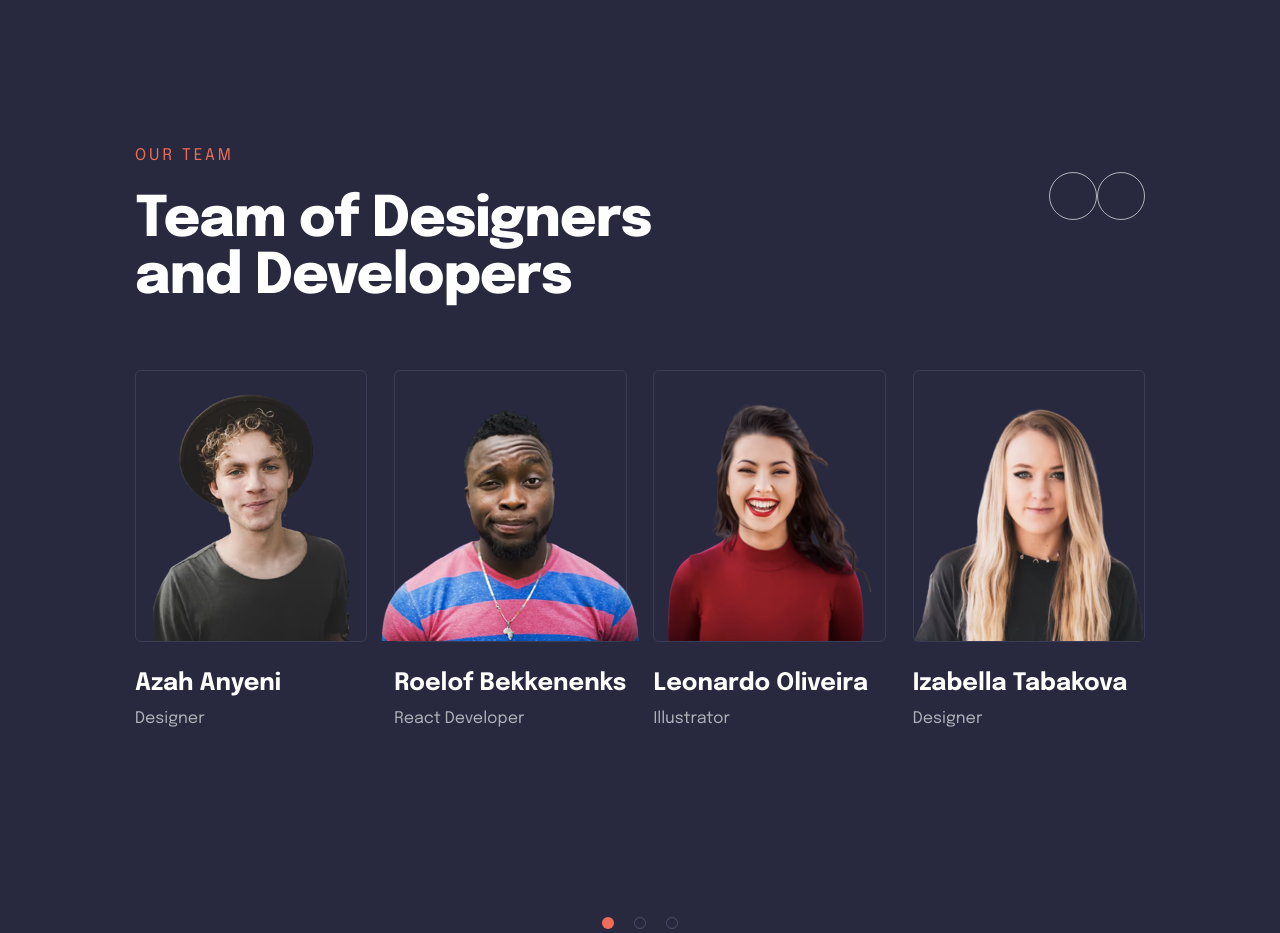
Repository: simralgasimov/ourteam
Page: index.html
An editor plug-in stored every save of this project. The page is shown before and after a run of saves, followed by the edit.
The browser window is 1280 px wide. The pictures show the whole page.

Above is the page before, as saved 2023-09-06 13:15:16.

### index.html
<!DOCTYPE html>
<html lang="en">
  <head>
    <meta charset="UTF-8" />
    <meta name="viewport" content="width=device-width, initial-scale=1.0" />
    <title>Document</title>
    <link rel="stylesheet" href="index.css" />
  </head>
  <body>
    <div class="container">
      <h1>Our Team</h1>
      <div class="collaj-box">
        <h2>Team of Designers and Developers</h2>
<div class="image-box">
  <div class="circle"></div>
  <div class="circle"></div>
</div>
      </div>
      <div class="container-1">
        <div class="box">
          <div>
            <img src="./img/Bitmap.png" alt="" />
          </div>

          <h3>Azah Anyeni</h3>
          <p>Designer</p>
        </div>
        <div class="box">
          <div>
            <img src="./img/Bitmap (1).png" alt="" />

          </div>
          <h3>Roelof Bekkenenks</h3>
          <p>React Developer</p>
        </div>

        <div class="box">
          <div>
            <img src="./img/Bitmap (2).png" alt="" />

          </div>
          <h3>Leonardo Oliveira</h3>
          <p>Illustrator</p>
        </div>

        <div class="box">
          <div>
            <img src="./img/Bitmap (3).png" alt="" />

          </div>
          <h3>Izabella Tabakova</h3>
          <p>Designer</p>
        </div>
      </div>
    </div>

    <div class="container-2">
      <div class="button">
        <img src="./img/pins.svg" alt="" />
      </div>
    </div>
  </body>
</html>

### index.css
@import url("https://fonts.googleapis.com/css2?family=Epilogue:wght@400;700;800;900&display=swap");

* {
  margin: 0;
  padding: 0;
  box-sizing: border-box;
}

.container {
  padding: 140px 135px 180px 135px;
  background: #28293e;
}

.container h1 {
  color: var(--Text_Light_Accent, #ef6d58);
  font-feature-settings: "clig" off, "liga" off;
  font-family: Epilogue;
  font-size: 16px;
  font-style: normal;
  font-weight: 400;
  line-height: 32px;
  letter-spacing: 3px;
  text-transform: uppercase;
}
.container .collaj-box{
  display: flex;
  justify-content: space-between;
}
.container .collaj-box .image-box{
  display: flex;
}
.container .collaj-box .image-box .circle{
  width: 48px;
height: 48px;
border-radius: 50%;
border:  1px solid rgba(255, 255, 255, 0.64);
}
.container h2 {
  margin-top: 20px;
  width: 532px;
  color: var(--Text_Light, #fff);
  font-feature-settings: "clig" off, "liga" off;
  font-family: Epilogue;
  font-size: 56px;
  font-style: normal;
  font-weight: 800;
  letter-spacing: -1px;
}

.container .container-1 {
  margin-top: 64px;
  display: flex;
  justify-content: space-between;

}
.container-1 .box {
  /* padding: 24px 37px 1px 37px; */
  width: 23%;
}
.container .container-1 .box div{
  height: 272px;
  border-radius: 6px;
  border: 1px solid #3a3c56;
  display: flex;
  justify-content: center;
  align-items: flex-end;
}
.container-1 .box:first-child img {
  width: 196px;
  height: 247px;
}

.container-1 .box:nth-child(2) img {
  width: 259px;
  height: 232px;
}
.container-1 .box:nth-child(3) img {
  width: 205px;
  height: 238px;
}
.container-1 .box:last-child img {
  width: 230px;
  height: 233px;
}
.container-1 .box h3 {
  justify-content: center;
  margin-top: 26px;
  color: var(--Text_Light, #fff);
  font-feature-settings: "clig" off, "liga" off;
  font-family: Epilogue;
  font-size: 24px;
  font-style: normal;
  font-weight: 700;
  line-height: 32px;
}

.container .box p {
  margin-top: 3px;
  color: var(--Text_Light_Gray, rgba(255, 255, 255, 0.64));
  font-feature-settings: "clig" off, "liga" off;
  font-family: Epilogue;
  font-size: 16px;
  font-style: normal;
  font-weight: 400;
  line-height: 32px;
}

.container .container-1 .box h3:nth-child(2) {
  width: 233px;
}


.container-2 {
  background: #28293e;
}

.container-2 .button {
  width: 76px;
  margin: auto;
}

After the next 2 saves:
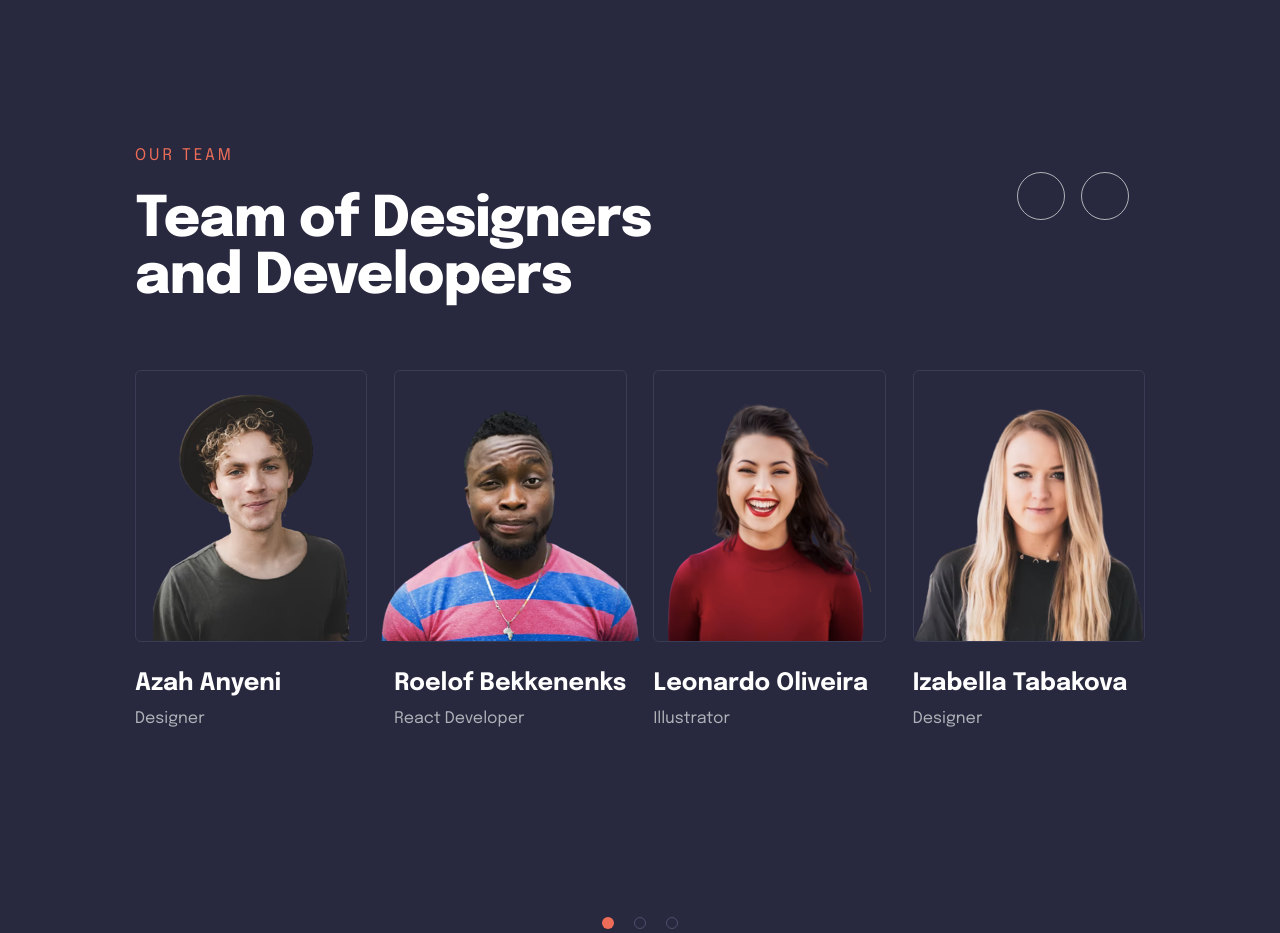
The 2 saves are shown as one change because they came seconds apart.
The last was saved 17 s later.
--- a/index.css
+++ b/index.css
@@ -32,6 +32,7 @@
 .container .collaj-box .image-box .circle{
   width: 48px;
 height: 48px;
+margin-right: 16px;
 border-radius: 50%;
 border:  1px solid rgba(255, 255, 255, 0.64);
 }
